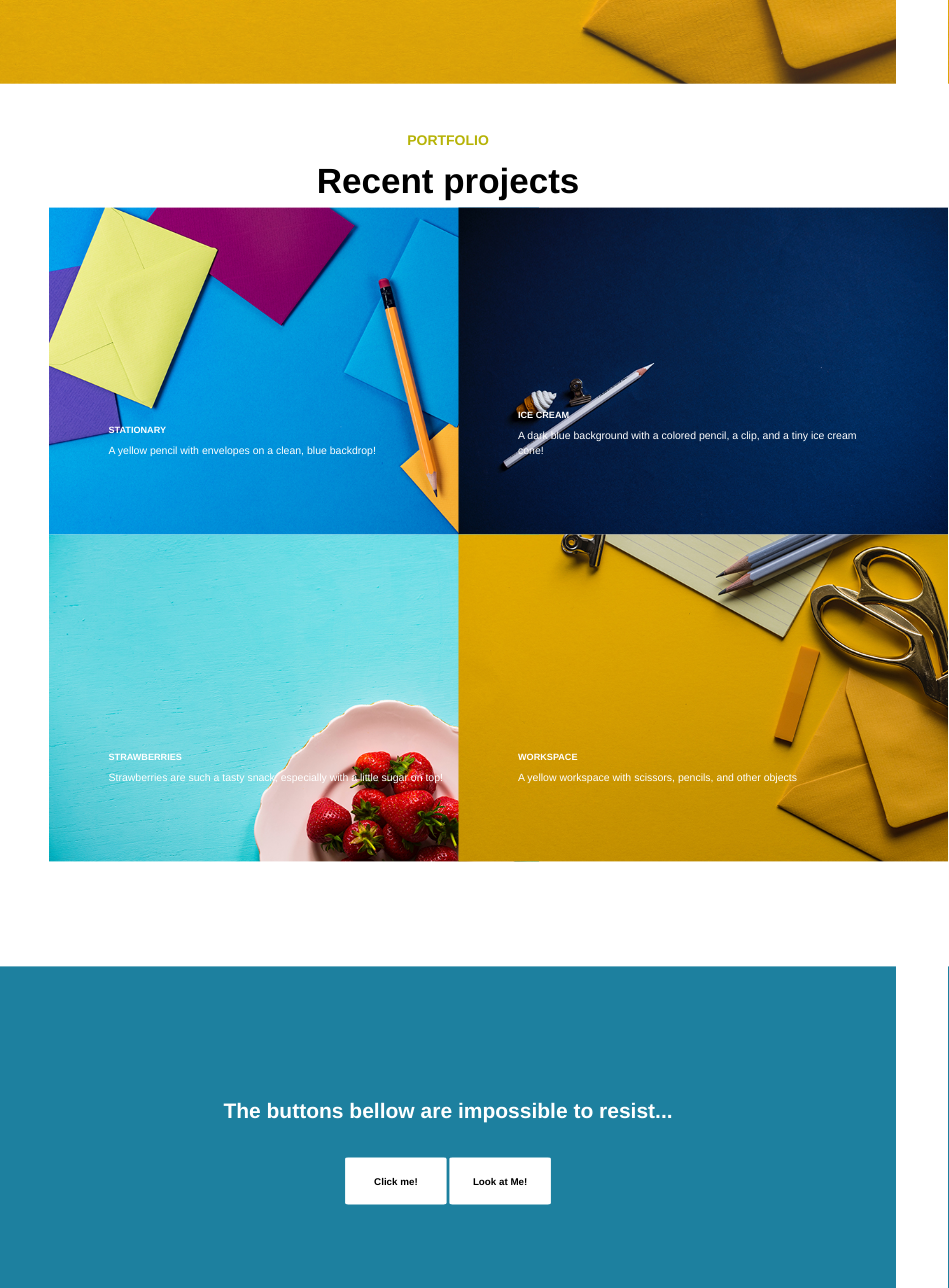
Repository: codin-full-stack/tomasz
Page: http://localhost/tomasz/portfolio/index.php
The author's editor kept a copy of each file at every save. The page is drawn from the files as they stood at one save, then again after a run of saves.
The browser window is 1280 px wide. The page is 1355 px wide, so the pictures cover 1355 px, including what lies to the right of the window. The pictures show the part of the page from y = 2312 to 4152 px (the page is 4152 px tall), at 70% of full size.
Some web libraries are served in a nearby version. The page is run by PHP 8.4 with error messages shown; the project is at /var/www/html/.

Above is the page before, as saved 2018-10-23 09:31:44.

### portfolio/index.php
<!DOCTYPE html>
<html lang="en">
  <head>
    <meta charset="utf-8">
    <meta name="viewport" content="width=device-width, initial-scale=1, shrink-to-fit=no">
    <link rel="stylesheet" href="styles.css">
    <!-- Latest compiled and minified CSS -->
    <link rel="stylesheet" href="https://maxcdn.bootstrapcdn.com/bootstrap/3.3.7/css/bootstrap.min.css">
    <link rel="stylesheet" href="https://use.fontawesome.com/releases/v5.4.1/css/all.css" integrity="sha384-5sAR7xN1Nv6T6+dT2mhtzEpVJvfS3NScPQTrOxhwjIuvcA67KV2R5Jz6kr4abQsz" crossorigin="anonymous">
    <!-- jQuery library -->
    <script src="https://ajax.googleapis.com/ajax/libs/jquery/3.3.1/jquery.min.js"></script>
    <!-- Latest compiled JavaScript -->
    <script src="https://maxcdn.bootstrapcdn.com/bootstrap/3.3.7/js/bootstrap.min.js"></script>
  </head>

<body>
    <section class="first">
      <div class="container-fluid flex">
        <div class="textbox">
        <h1 class="maintext">Stylish portfolio</h1>
        <h2 class="secondtext"><i>A free Bootstrap Theme by Start Bootstrap</i></h2>
        <button class="button">Find Out More</button>
        </div>
      </div>
    </section>

    <section class="second">
      <div class="container-fluid flex">
        <div class="textbox2">
          <h1 class="maintext2">Stylish portfolio is the perfect theme for your next project!</h1>
          <h2 class="secondtext2"><i>This theme features is flexible, UX friendly sidebar menu and stock photos from your friends at Unsplash!</i></h2>
          <button class="button2">What We Offer</button>
        </div>
      </div>
    </section>

    <section class="third">
      <div class="container flex">
        <div class="textbox3">
        <h2 class="secondtext3">SERVICES</h2>
        <h1 class="maintext3">What We Offer</h1>
          <div class="row">
              <div class="col-md-3">
                <div class="iconframe"></div>
                <p class="maintext4">Responsive</p>
                <p class="secondtext4">Looks great on any screen size!</p>
              </div>
              <div class="col-md-3">
              <div class="iconframe"></div>
                <p class="maintext4">Redesigned</p>
                <p class="secondtext4">Freshly design for Boostrap 4.</p>
              </div>
              <div class="col-md-3">
                <div class="iconframe"></div>
                  <p class="maintext4">Favorited</p>
                  <p class="secondtext4">Million of users (icon) Boostrap!</p>

              </div>
              <div class="col-md-3">
                <div class="iconframe"></div>
                  <p class="maintext4">Question</p>
                  <p class="secondtext4">I mustache you a question..</p>
              </div>
            </div>
        </div>
      </div>
    </section>

        <section class="fourth">
      <div class="container-fluid flex">
        <div class="textbox4">
        <h1 class="maintext5">Welcome to your next Website!</h1>
        <button class="button">Download now</button>
        </div>
      </div>
    </section>

<section class="fifth">
      <div class="container flex">
        <div class="textbox5">
        <h2 class="secondtext5">PORTFOLIO</h2>
        <h1 class="maintext5">Recent projects</h1>
          <div class="row">
              <div class="col-md-6">
                <img src="images/portfolio-1.jpg" alt="">
                  <div class="photobox">
                  <h2 class="maintext6">STATIONARY</h2>
                  <p class="secondtext6">A yellow pencil with envelopes on a clean, blue backdrop!</p>
                  </div>
              </div>
              <div class="col-md-6">
              <img src="images/portfolio-2.jpg" alt="">
                <div class="photobox">
                  <h2 class="maintext6">ICE CREAM</h2>
                  <p class="secondtext6">A dark blue background with a colored pencil, a clip, and a tiny ice cream cone!</p>
                </div>
              </div>
            </div>
            <div class="row">
              <div class="col-md-6">
              <img src="images/portfolio-3.jpg" alt="">
                <div class="photobox">
                  <h2 class="maintext6">STRAWBERRIES</h2>
                  <p class="secondtext6">Strawberries are such a tasty snack, especially with a little sugar on top!</p>
                </div>
              </div>
              <div class="col-md-6">
                <img src="images/portfolio-4.jpg" alt="">
                  <div class="photobox">
                    <h2 class="maintext6">WORKSPACE</h2>
                    <p class="secondtext6">A yellow workspace with scissors, pencils, and other objects</p>
                </div>
              </div>
            </div>
        </div>
      </div>
    </section>


    <section class="seventh">
      <div class="container-fluid flex">
        <div class="textbox7">
          <h1 class="maintext7">The buttons bellow are impossible to resist...</h1>
          <button class="button7-1">Click me!</button>
          <button class="button7-2">Look at Me!</button>
        </div>
      </div>
    </section>




</body>



























</html>

### portfolio/styles.css
body {
    /* width: 100vw;
    height: 100vh; */
}

.first {
    height: 100vh;
    display: flex;
    width: 100%;
    background-image: url("images/bg-masthead.jpg");
    background-position: left;
    background-repeat: no-repeat;
    background-size: cover;
}

.second {
    padding: 120px 0;
    background-color: #ffffff;

}
.third {
    background-color: #1d809f;
    height: 550px;
}

.fourth {
    height: 100vh;
    background-image: url("images/bg-callout.jpg");
    background-position: left;
    background-repeat: no-repeat;
    background-size: cover;
}
.fifth {
    padding-bottom: 150px;

}
.seventh {
    padding: 120px 0;
    background-color: #1d809f;
}

.textbox {
    width: 650px;
    align-self: center;
    text-align: center;
    margin: 0 auto;
}
.textbox2 {

    width: 840px;
    align-self: center;
    text-align: center;
    margin: 0 auto;
}

.textbox3 {
    padding-top: 100px;
    align-self: center;
    text-align: center;
    margin: 0 auto;
}
.textbox4 {
    padding-top: 350px;
    align-self: center;
    text-align: center;
    margin: 0 auto;
}
.textbox5 {
    padding-top: 50px;
    align-self: center;
    text-align: center;
    margin: 0 auto;
}

.textbox7 {
    padding-top: 50px;
    align-self: center;
    text-align: center;
    margin: 0 auto;
}

.first h1 {
    font-size: 85px;
}

.first h2 {
    font-size: 30px;
}

.second h1 {
    font-size: 26px;
    font-weight: 750;
}
.second h2 {
    font-size: 16px;
    font-weight: 750;
}
.third h2 {
    font-size: 20px;
    font-weight: bold;
    color: #b6b307;
}

.third h1 {
    font-size: 50px;
    font-weight: bold;
    color: #ffffff;
}
.fourth h1 {
    font-size: 50px;
    font-weight: bold;
    color: #000000;
}

.maintext4 {
    font-size: 30px;
    font-weight: bold;
    color: #ffffff;
}

.secondtext4 {
    font-size: 20px;
    font-weight: bold;
    color: #bcd4d1;
}

.fifth h2 {
    font-size: 20px;
    font-weight: bold;
    color: #b6b307;
}

.fifth h1 {
    font-size: 50px;
    font-weight: bold;
    color: #000000;
}

.seventh h1 {
    color: #ffffff;
    font-weight: bold;
    font-size: 30px;
}
.photobox h2 {
    color: #ffffff;
    font-size:  13px;
    text-align: left;
}

.photobox p {
    color: #ffffff;
    text-align: left;
    font-size: 15px;
}
.container-fluid {

}

.flex {
    display: flex;
}

.button {
    width: 185px;
    height: 65px;
    background-color: #1d809f;
    border: none;
    color: #ffffff;
    align-self: center;
    margin-top: 40px;
}

.button2 {
    width: 185px;
    height: 65px;
    background-color: #000000;
    border: none;
    color: #ffffff;
    margin-top: 40px;
}

.button7-1 {
    width: 145px;
    height: 67px;
    background-color: #ffffff;
    border: none;
    border-radius: 3%;
    color: #000000;
    margin-top: 40px;
    font-weight: bold;
}

.button7-2 {
    width: 145px;
    height: 67px;
    background-color: #ffffff;
    border: none;
    border-radius: 3%;
    color: #000000;
    margin-top: 40px;
    font-weight: bold;
}

.iconframe {
    height: 120px;
    width: 120px;
    background-color: #ffffff;
    border-radius: 100%;
    display: inline-block;
}

.photobox {
    position: absolute;
    bottom: 100px;
    left: 100px;
}

After the next 2 saves:
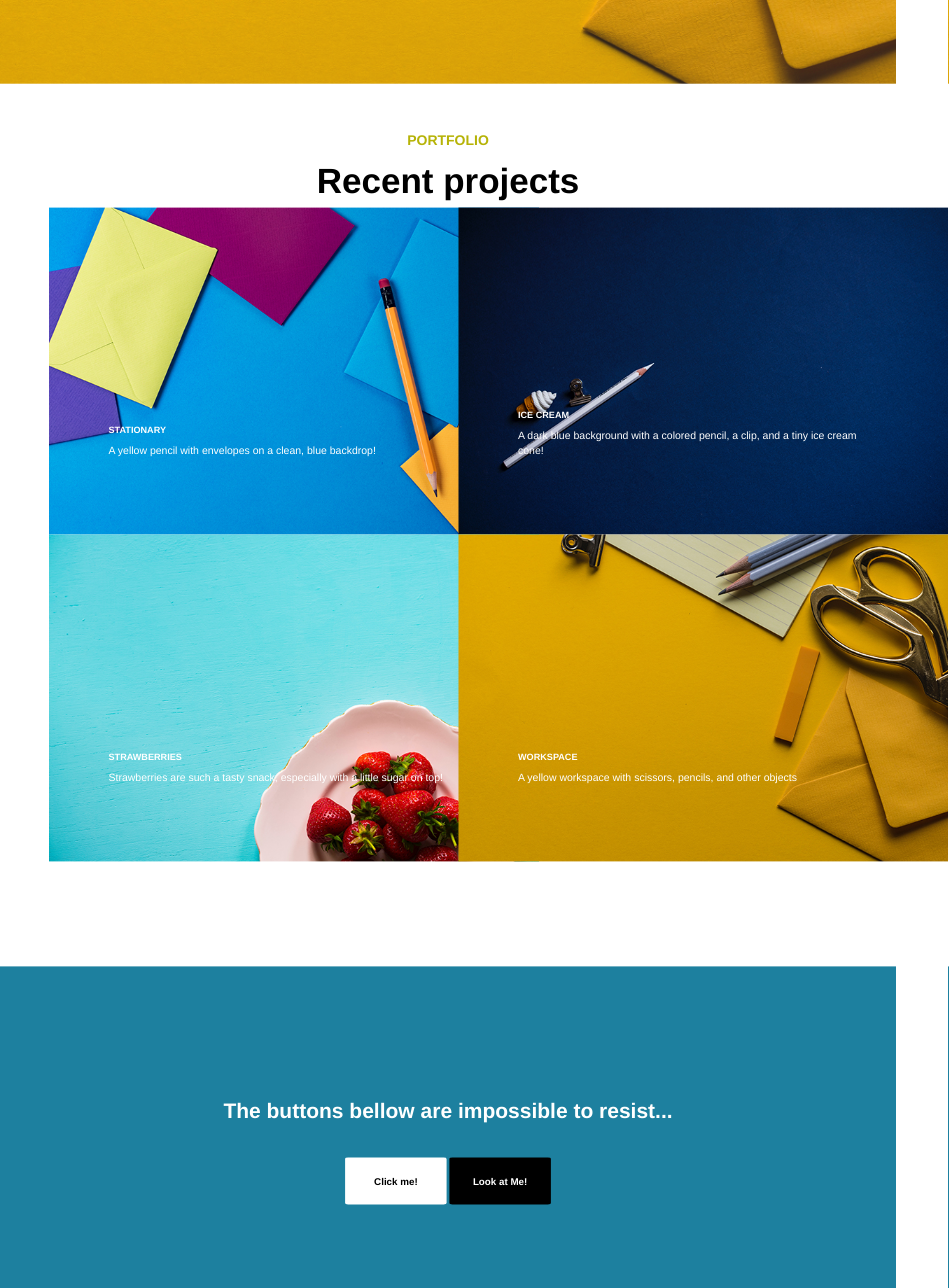
The 2 saves are shown as one change because they came seconds apart.
The last was saved 8 s later.
--- a/portfolio/styles.css
+++ b/portfolio/styles.css
@@ -193,10 +193,10 @@ body {
 .button7-2 {
     width: 145px;
     height: 67px;
-    background-color: #ffffff;
+    background-color: #000000;
     border: none;
     border-radius: 3%;
-    color: #000000;
+    color: #ffffff;
     margin-top: 40px;
     font-weight: bold;
 }
